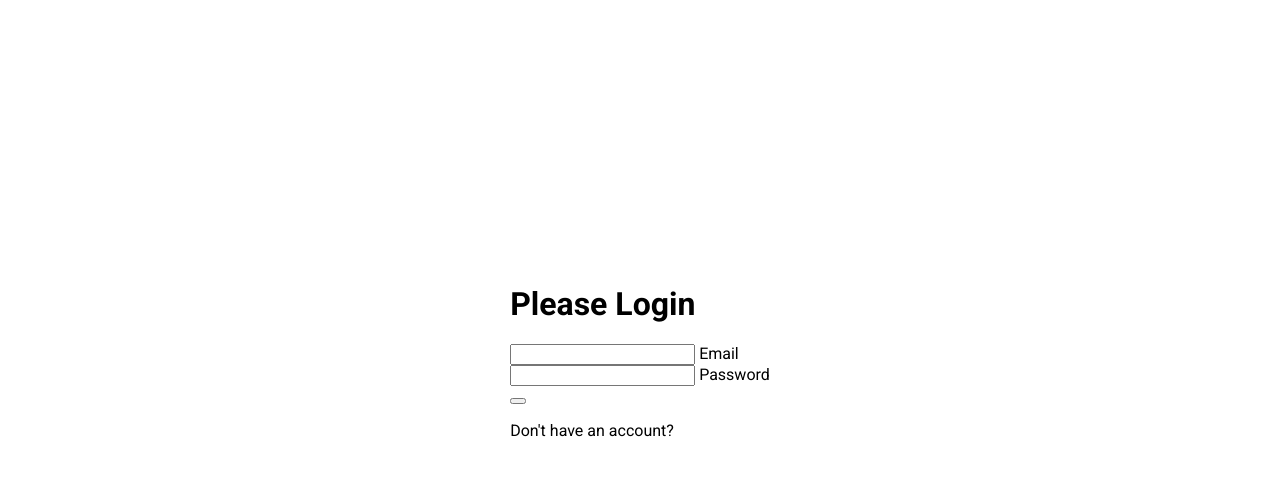
Repository: thecoachanna/form-animation
Page: index.html
These files come from the project's save history. The page is drawn as it stood at one moment and after a run of saves; the edit follows.
The browser window is 1280 px wide. The pictures show the whole page.
Some web fonts or font styles are not loaded; a fallback is used.

Above is the page before, as saved 2023-02-26 09:50:23.

### index.html
<!DOCTYPE html>
<html lang="en">
<head>
    <meta charset="UTF-8">
    <meta http-equiv="X-UA-Compatible" content="IE=edge">
    <meta name="viewport" content="width=device-width, initial-scale=1.0">
    <link rel="stylesheet" href="style.css">
    <title>Wave Animation</title>
</head>
<body>
    <div class="container">
        <h1>Please Login</h1>
        <form>
            <div class="form-control">
                <input type="text" required>
                <label>Email</label>
            </div>
            <div class="form-control">
                <input type="password" required>
                <label>Password</label>
            </div>
            <button class="btn"></button>
            <p class="text">Don't have an account? <a href="#"></a></p>
        </form>
    </div>
    <script src="script.js"></script>
</body>
</html>

### style.css
@import url('https://fonts.googleapis.com/css2?family=Inter:wght@400;600;700&family=Lato:wght@100&family=Oswald:wght@700&family=Outfit&family=Poiret+One&family=Roboto:wght@400;700&display=swap');


* {
    box-sizing: border-box;
}

body {
    font-family: 'Roboto', sans-serif;
    display: flex;
    flex-direction: column;
    align-items: center;
    justify-content: center;
    height: 100vh;
    overflow: hidden;
    margin: 0;
}

Loaded but not shown: script.js (no copy from this time; the picture is the same without it)

After the next 2 saves:
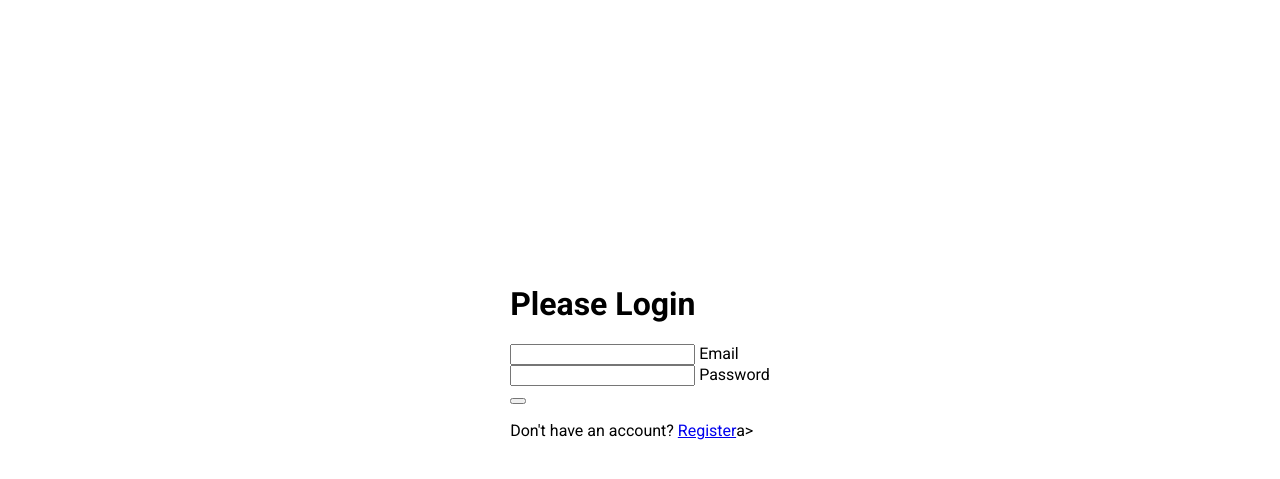
The 2 saves are shown as one change because they came seconds apart.
The last was saved 7 s later.
--- a/index.html
+++ b/index.html
@@ -20,7 +20,7 @@
                 <label>Password</label>
             </div>
             <button class="btn"></button>
-            <p class="text">Don't have an account? <a href="#"></a></p>
+            <p class="text">Don't have an account? <a href="#">Register</a>a></a></p>
         </form>
     </div>
     <script src="script.js"></script>
